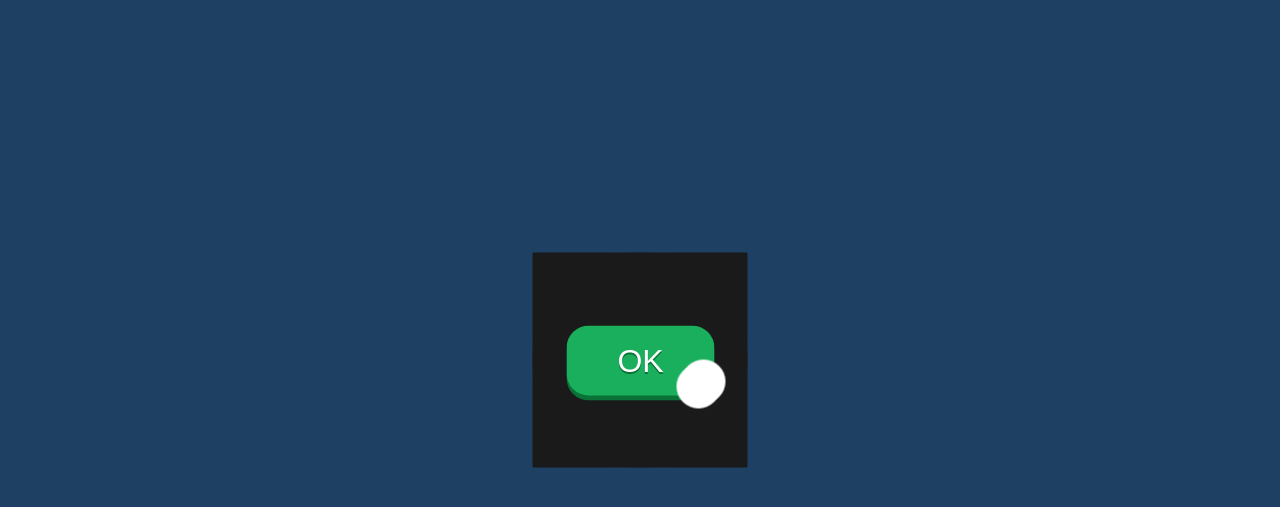
Repository: Folody-Team/Bubble-Button
Page: index.html
The author's editor kept a copy of each file at every save. The page is drawn from the files as they stood at one save, then again after the next save.
The browser window is 1280 px wide. The pictures show the whole page.

Above is the page before, as saved 2022-01-18 10:41:11.

After the next save:
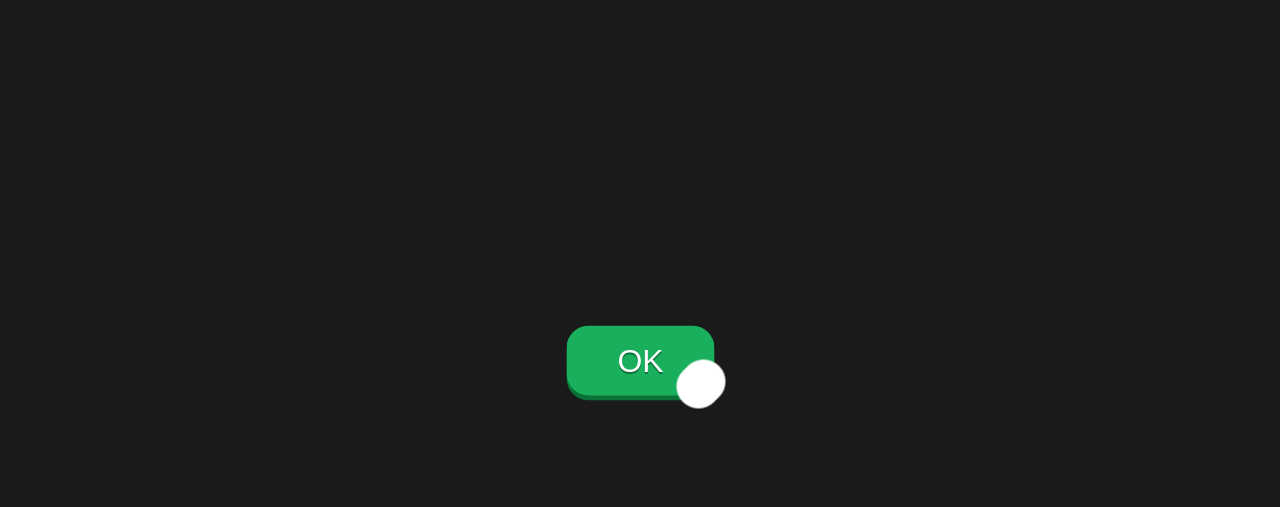
Saved 14 s later.
--- a/style.css
+++ b/style.css
@@ -116,7 +116,7 @@ body {
 }
 
 body {
-  background: #1e4063;
+  background: #1a1a1a;
   font-family: "Fira Sans", sans-serif;
 }
 
